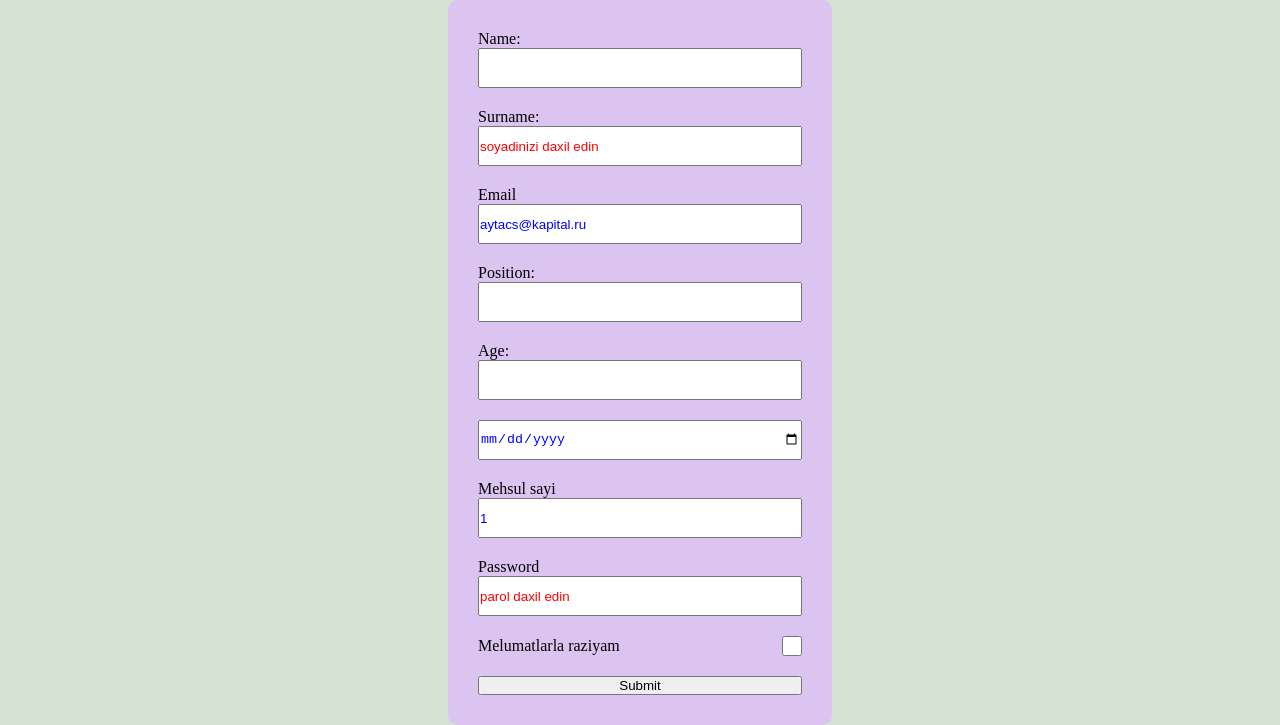
Repository: AytacSafarova/Form-lesson
Page: index.html
These files come from the project's save history. The page is drawn as it stood at one moment and after the next save; the edit follows.
The browser window is 1280 px wide. The pictures show the whole page.

Above is the page before, as saved 2023-08-29 14:48:11.

After the next save:
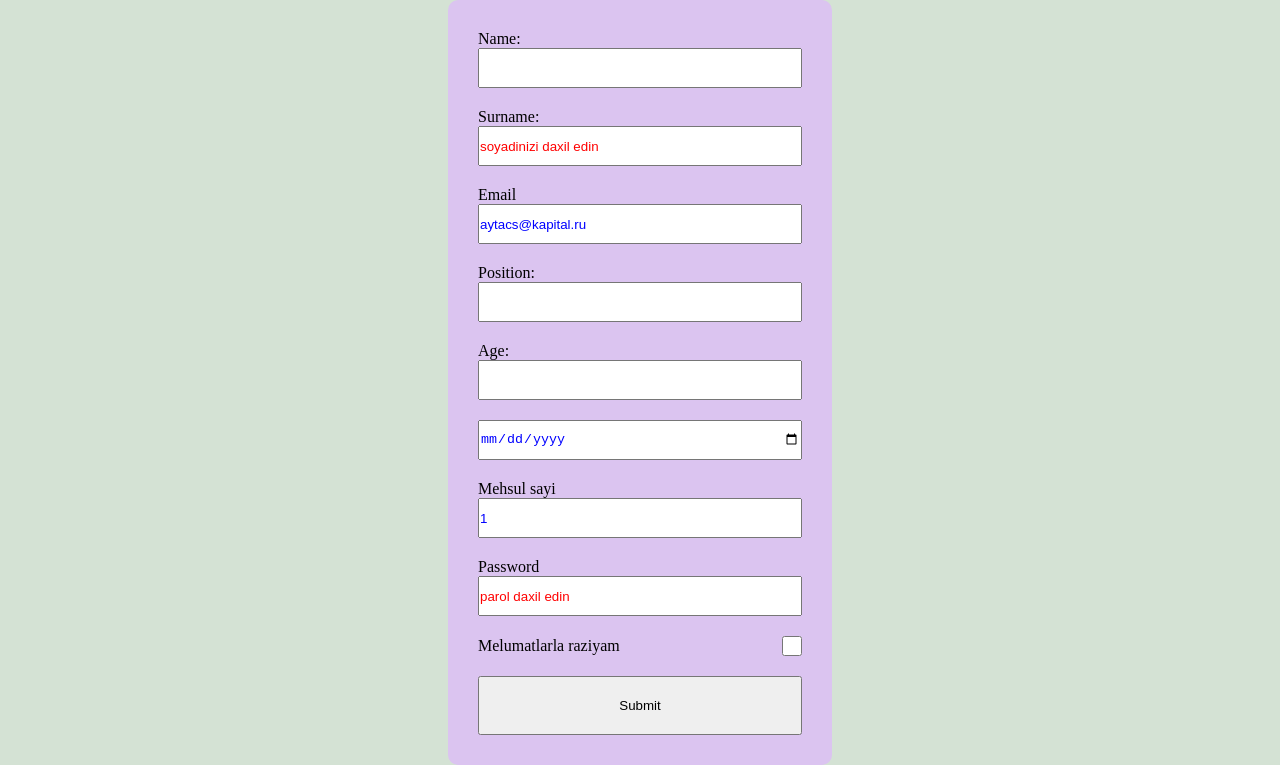
Saved 5 s later.
--- a/index.css
+++ b/index.css
@@ -40,5 +40,6 @@ input::placeholder{
     height: 20px;
 }
 button{
-  pa
+  padding: 20px;
+  background-color: ;
 }
